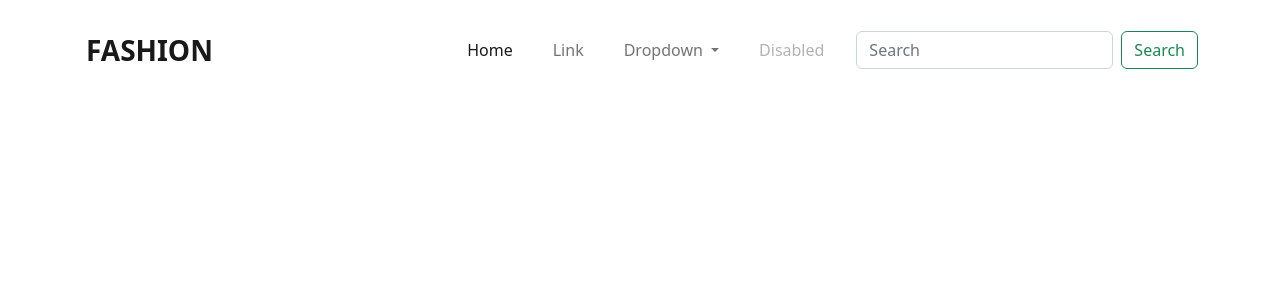
Repository: isaacCodes1/Bootstrap-Nav-Assignment
Page: index.html
These files come from the project's save history. The page is drawn as it stood at one moment and after a run of saves; the edit follows.
The browser window is 1280 px wide. The pictures show the whole page.
Some web libraries are served in a nearby version.

Above is the page before, as saved 2024-03-19 13:19:46.

After the next 3 saves:
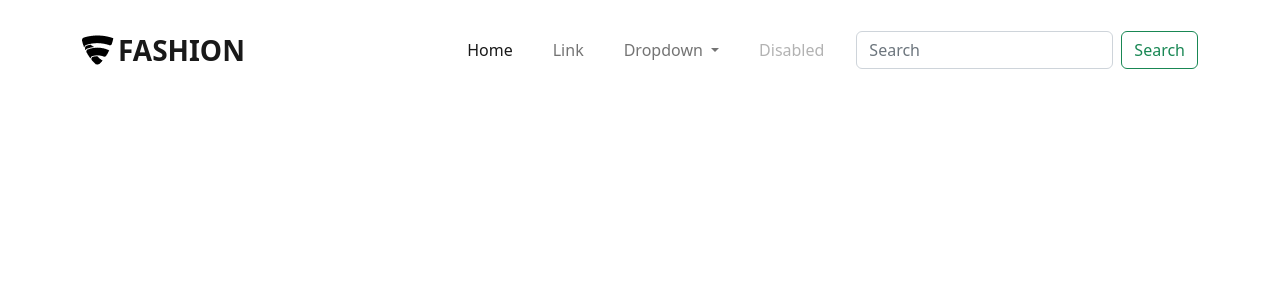
The 3 saves are shown as one change because they came seconds apart.
The last was saved 31 s later.
--- a/index.html
+++ b/index.html
@@ -18,10 +18,16 @@
   </head>
   <body>
     <header>
-      <nav class="navbar navbar-expand-lg navbar-light bg-transparent px-0 py-4">
+      <nav
+        class="navbar navbar-expand-lg navbar-light bg-transparent px-0 py-4"
+      >
         <div class="container-lg">
-          <a class="navbar-brand fs-3 align-items-center d-flex fw-bolder gap-1" href="#">
-            <img src="" alt="">FASHION</a>
+          <a
+            class="navbar-brand fs-3 align-items-center d-flex fw-bolder gap-1"
+            href="#"
+          >
+            <img src="/Assets/Vector.png" alt="" />FASHION</a
+          >
           <button
             class="navbar-toggler"
             type="button"
@@ -34,7 +40,9 @@
             <span class="navbar-toggler-icon"></span>
           </button>
           <div class="collapse navbar-collapse" id="navbarSupportedContent">
-            <ul class="navbar-nav ms-auto pe-4 mb-2 mb-lg-0 d-flex gap-4 navList">
+            <ul
+              class="navbar-nav ms-auto pe-4 mb-2 mb-lg-0 d-flex gap-4 navList"
+            >
               <li class="nav-item">
                 <a class="nav-link active" aria-current="page" href="#">Home</a>
               </li>
